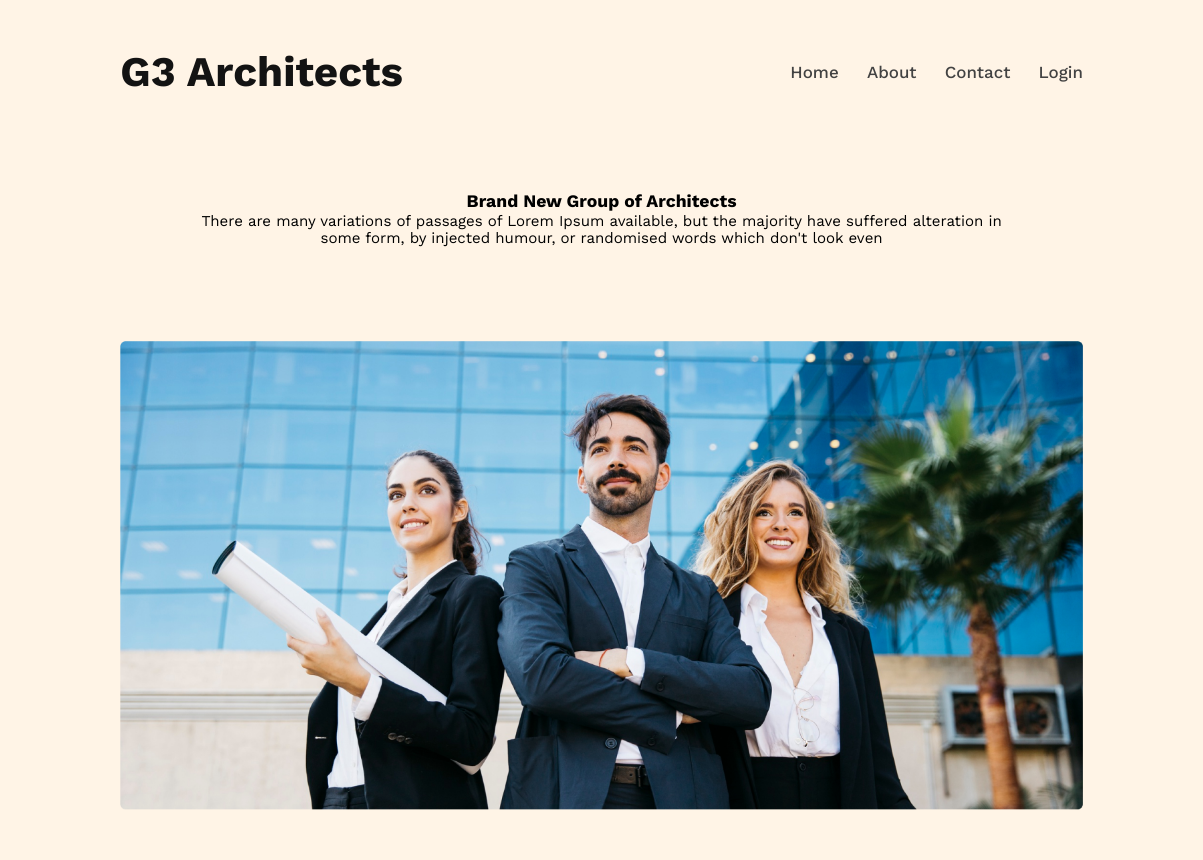
Repository: ShouravAhammed/G3-architects-webpage
Page: index.html
The author's editor kept a copy of each file at every save. The page is drawn from the files as they stood at one save, then again after the next save.
The browser window is 1280 px wide. The pictures show the whole page, at 94% of full size.

Above is the page before, as saved 2024-01-12 22:33:13.

After the next save:
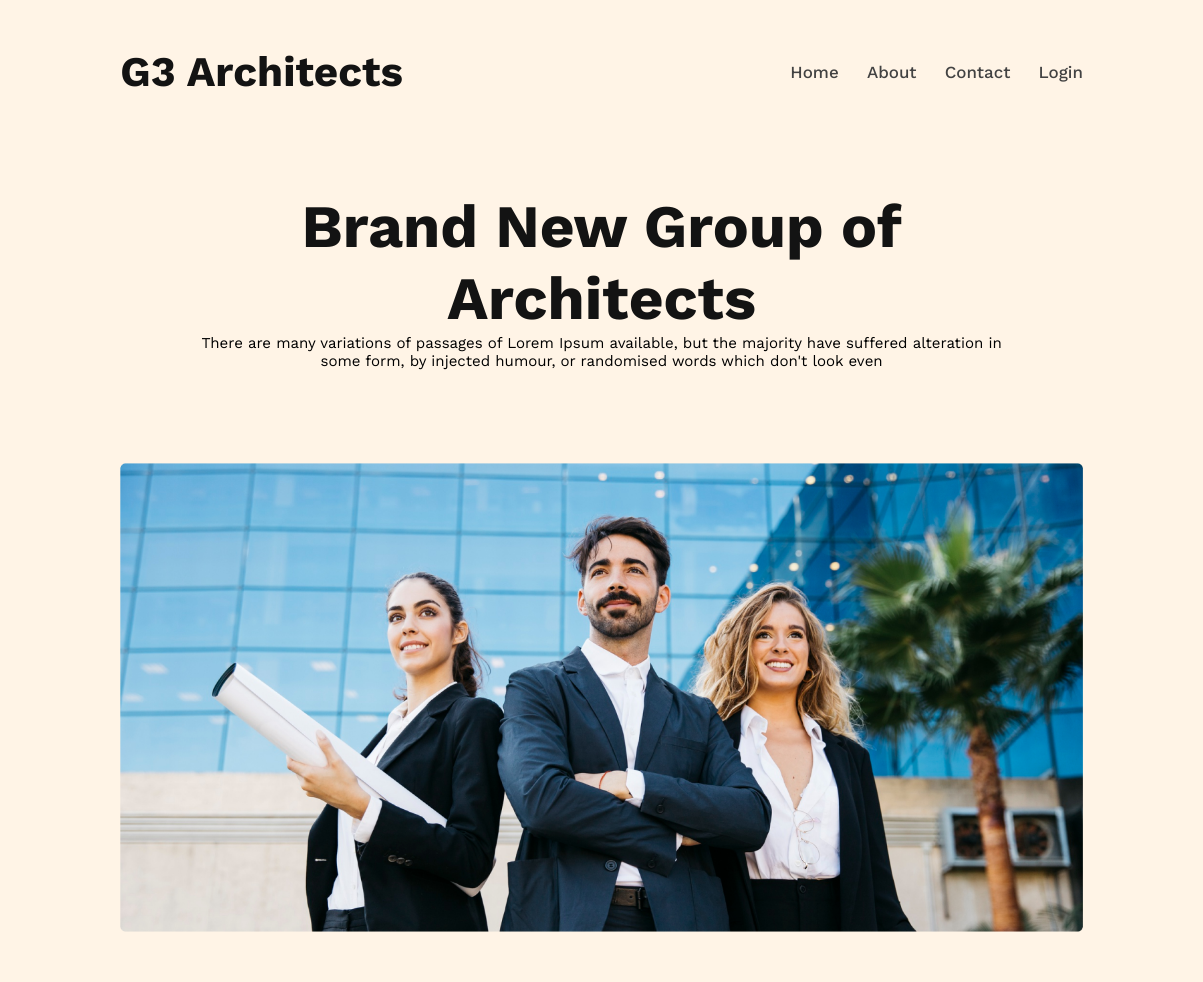
Saved 2 min 19 s later.
--- a/styles/style.css
+++ b/styles/style.css
@@ -55,6 +55,11 @@
     margin: 100px auto;
     text-align: center;
 }
+.banner-content .banner-title{
+    color: #131313;
+    font-size: 64px;
+    font-weight: 700;
+}
 
 
 #banner img{
